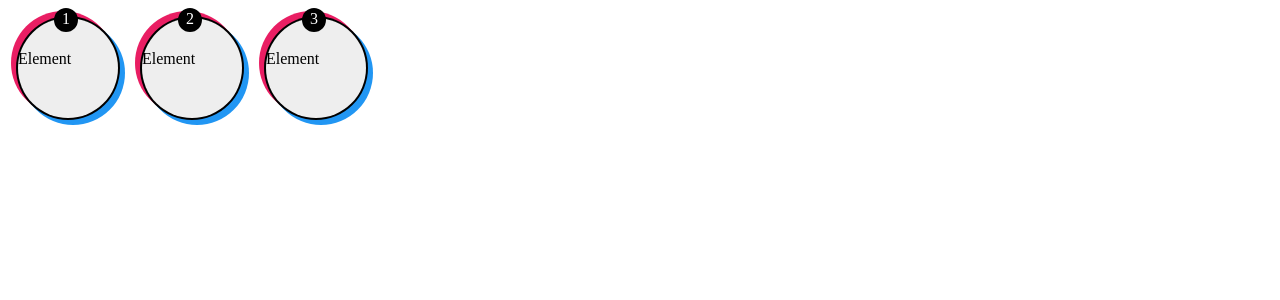
Repository: Body789/CSS_ELZERO
Page: Assignments/Assigmennt_10/Assignment_1/index.html
An editor plug-in stored every save of this project. The page is shown before and after the next save, followed by the edit.
The browser window is 1280 px wide. The pictures show the whole page.

Above is the page before, as saved 2022-09-18 12:29:58.

After the next save:
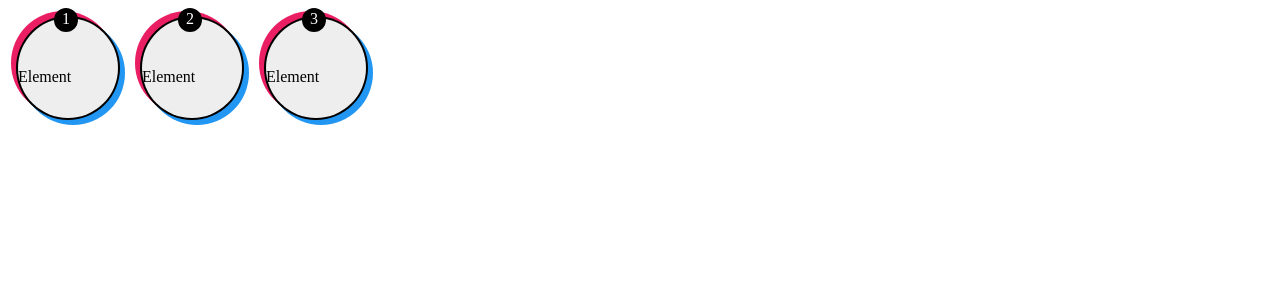
Saved 2 min 59 s later.
--- a/Assignments/Assigmennt_10/Assignment_1/Css/style.css
+++ b/Assignments/Assigmennt_10/Assignment_1/Css/style.css
@@ -15,6 +15,7 @@ div {
   background-color: #eee;
   border-radius: 50px;
   margin: 10px;
+  position: relative;
   counter-increment: num;
 }
 
@@ -40,5 +41,5 @@ div::before {
   display: inline-block;
   position: absolute;
   top: 50px;
-  float: left;
+
 }
